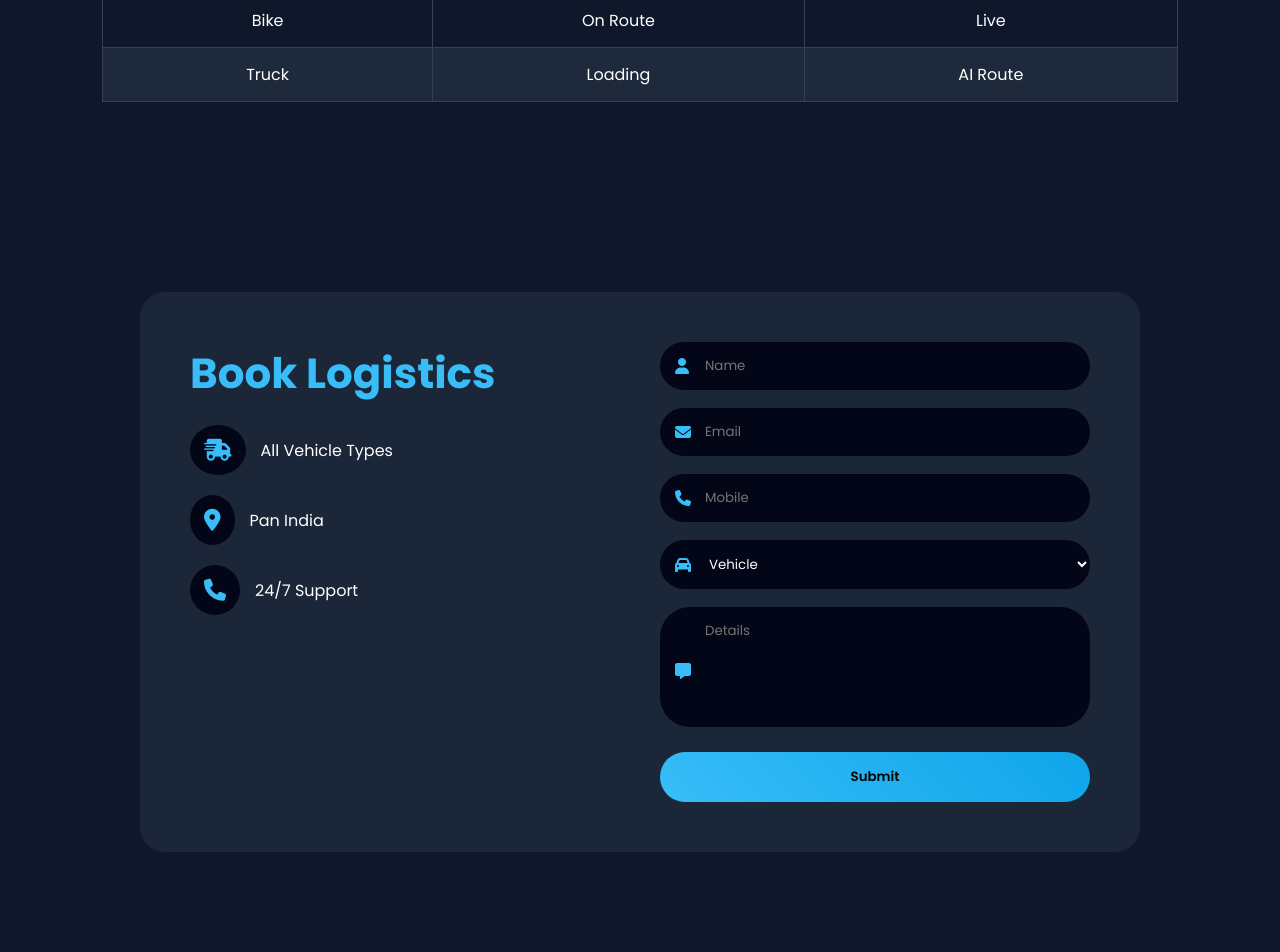
Repository: Pintu-6545/Java_Programming
Page: http://localhost/GreenFleetApplication/
An editor plug-in stored every save of this project. The page is shown before and after the next save, followed by the edit.
The browser window is 1280 px wide. The pictures show the part of the page from y = 1676 to 2628 px (the page is 2628 px tall).
The page is served by Tomcat 10.

Above is the page before, as saved 2025-12-19 18:46:50.

After the next save:
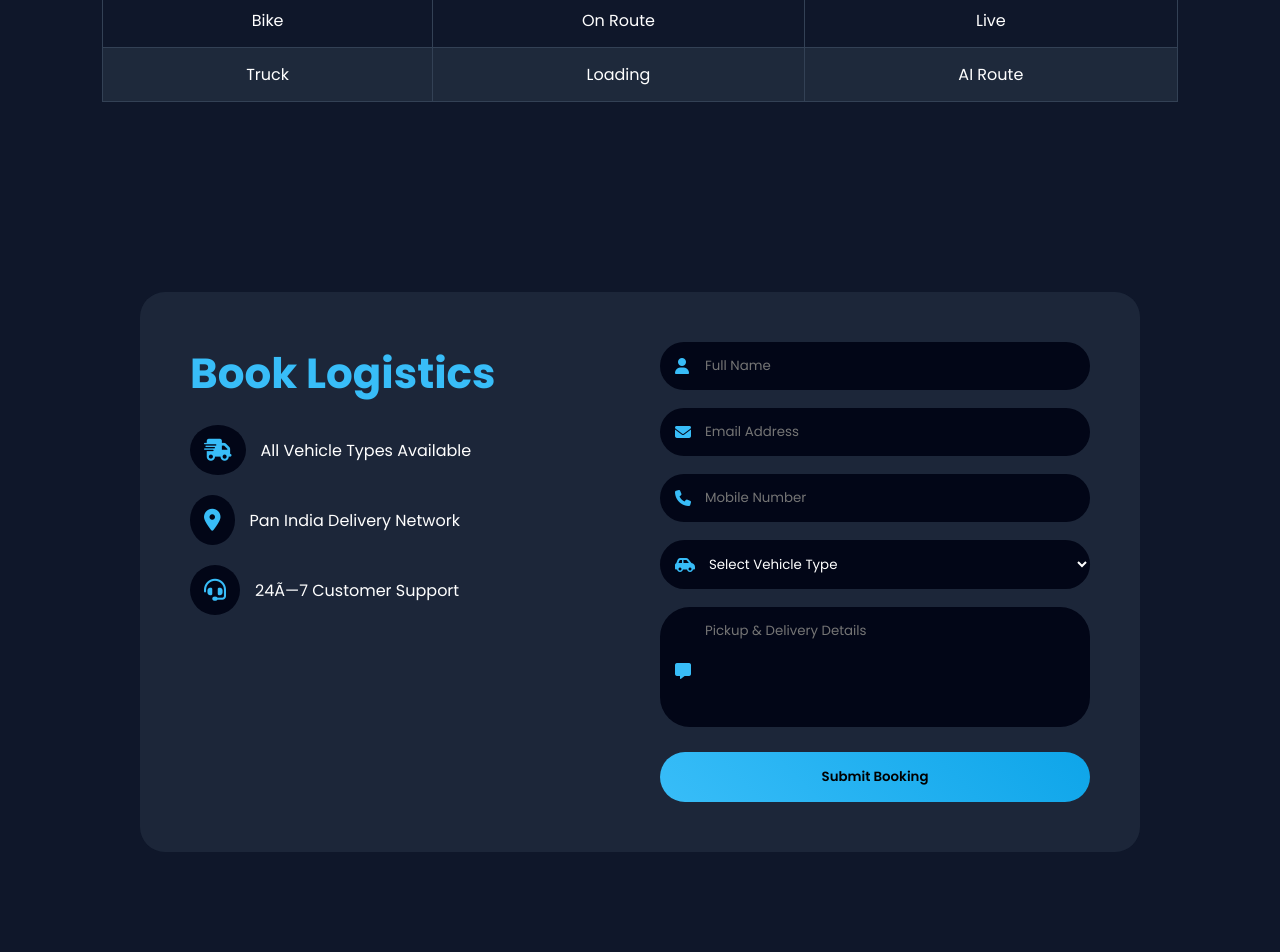
Saved 5 min 4 s later.
--- a/Assessement/GreenFeetApp1/GreenFleetApplication/src/main/webapp/index.jsp
+++ b/Assessement/GreenFeetApp1/GreenFleetApplication/src/main/webapp/index.jsp
@@ -347,27 +347,69 @@ textarea{
     </table>
 </section>
 
-<!-- FORM -->
 <section class="form-section">
-<div class="form-wrapper">
+  <div class="form-wrapper">
+
+    <!-- LEFT INFO -->
     <div class="form-info">
-        <h2>Book Logistics</h2>
-        <div class="info-box"><i class="fa fa-truck-fast"></i><span>All Vehicle Types</span></div>
-        <div class="info-box"><i class="fa fa-location-dot"></i><span>Pan India</span></div>
-        <div class="info-box"><i class="fa fa-phone"></i><span>24/7 Support</span></div>
+      <h2>Book Logistics</h2>
+
+      <div class="info-box">
+        <i class="fa-solid fa-truck-fast"></i>
+        <span>All Vehicle Types Available</span>
+      </div>
+
+      <div class="info-box">
+        <i class="fa-solid fa-location-dot"></i>
+        <span>Pan India Delivery Network</span>
+      </div>
+
+      <div class="info-box">
+        <i class="fa-solid fa-headset"></i>
+        <span>24×7 Customer Support</span>
+      </div>
     </div>
+
+    <!-- FORM -->
     <form class="form-box">
-        <div class="input-group"><i class="fa fa-user"></i><input placeholder="Name"></div>
-        <div class="input-group"><i class="fa fa-envelope"></i><input placeholder="Email"></div>
-        <div class="input-group"><i class="fa fa-phone"></i><input placeholder="Mobile"></div>
-        <div class="input-group"><i class="fa fa-car"></i>
-            <select><option>Vehicle</option><option>Car</option><option>Bike</option><option>Truck</option></select>
-        </div>
-        <div class="input-group"><i class="fa fa-message"></i><textarea placeholder="Details"></textarea></div>
-        <button>Submit</button>
+      <div class="input-group">
+        <i class="fa-solid fa-user"></i>
+        <input type="text" placeholder="Full Name" required>
+      </div>
+
+      <div class="input-group">
+        <i class="fa-solid fa-envelope"></i>
+        <input type="email" placeholder="Email Address" required>
+      </div>
+
+      <div class="input-group">
+        <i class="fa-solid fa-phone"></i>
+        <input type="tel" placeholder="Mobile Number" required>
+      </div>
+
+      <div class="input-group">
+        <i class="fa-solid fa-car-side"></i>
+        <select required>
+          <option value="">Select Vehicle Type</option>
+          <option>Car</option>
+          <option>Bike</option>
+          <option>Scooter</option>
+          <option>Mini Truck</option>
+          <option>Truck</option>
+        </select>
+      </div>
+
+      <div class="input-group">
+        <i class="fa-solid fa-message"></i>
+        <textarea placeholder="Pickup & Delivery Details"></textarea>
+      </div>
+
+      <button type="submit">Submit Booking</button>
     </form>
-</div>
+
+  </div>
 </section>
+
 
 <script>
 const slides=document.querySelectorAll(".slide");
